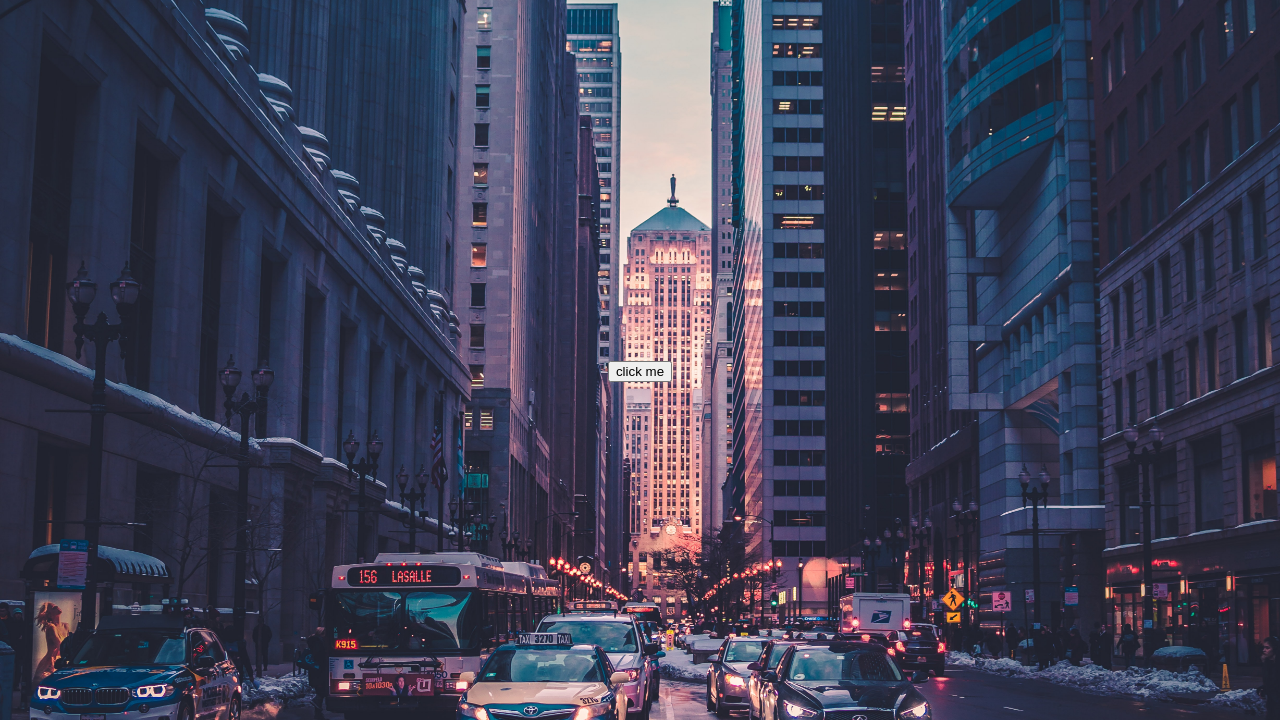
Repository: lamilekan263/random_advice
Page: /
These files come from the project's save history. The page is drawn as it stood at one moment and after the next save; the edit follows.
The browser window is 1280 px wide. The pictures show the whole page.
The page's requests for data from a server got no answer. The project was rebuilt for these pictures with package versions that can differ from the ones it lists, and the page was loaded fresh each time. No one was signed in, and anything a server would have sent is missing.

Above is the page before, as saved 2020-08-10 14:18:55.

After the next save:
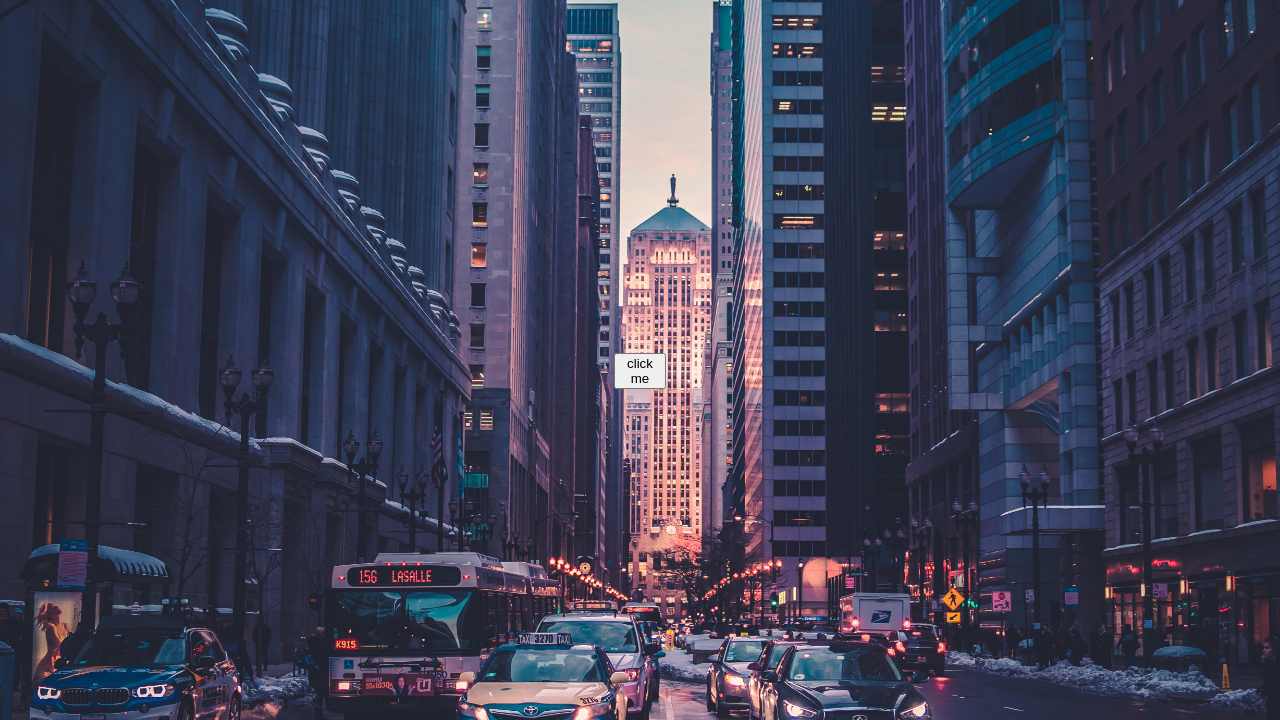
Saved 4 s later.
--- a/src/App.css
+++ b/src/App.css
@@ -14,6 +14,6 @@ body{
 }
 
 .card{
-  /* width:80%;
-  margin: 0 auto; */
+  width:80%;
+  margin: 0 auto;
 }
